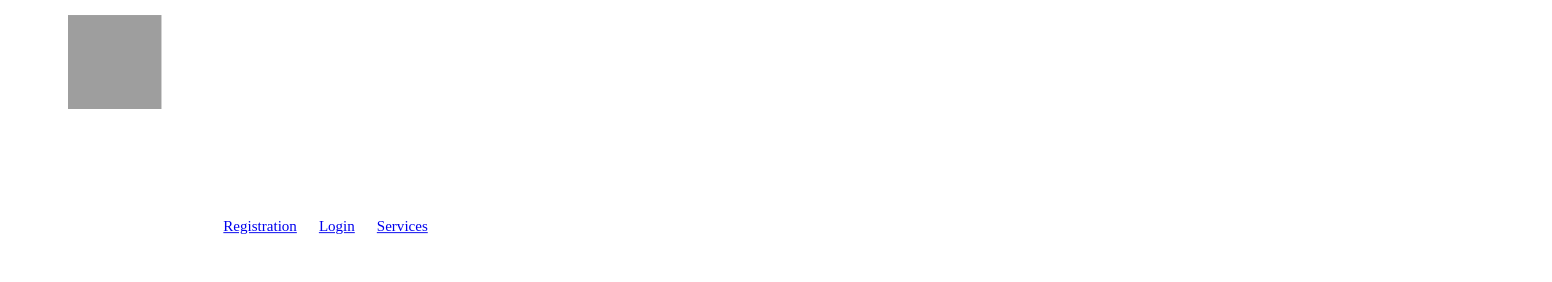
Repository: cb007/cbRepository
Page: http://localhost/SpringMvc/
The author's editor kept a copy of each file at every save. The page is drawn from the files as they stood at one save, then again after the next save.
The browser window is 1280 px wide. The page is 1280 px wide, then 1651 px, so the pictures cover 1651 px, including what lies to the right of the window. The pictures show the whole page, at 94% of full size.
Pictures or frames that could not be fetched are drawn as grey boxes. The page is served by Tomcat 9.

Above is the page before, as saved 2017-02-23 12:02:00.

After the next save:
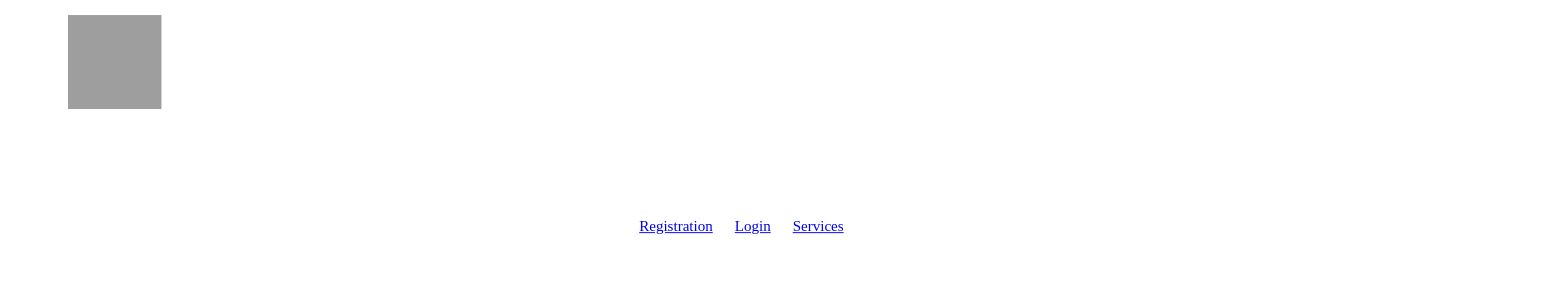
Saved 36 s later.
--- a/spring-hibernate/SpringMvc/WebContent/styles/main.css
+++ b/spring-hibernate/SpringMvc/WebContent/styles/main.css
@@ -27,7 +27,7 @@
 {
 	width:80%;
 	height:200px;
-	margin-left: 15%;
+	margin-left: 50%;
 }
 ul li
 {
